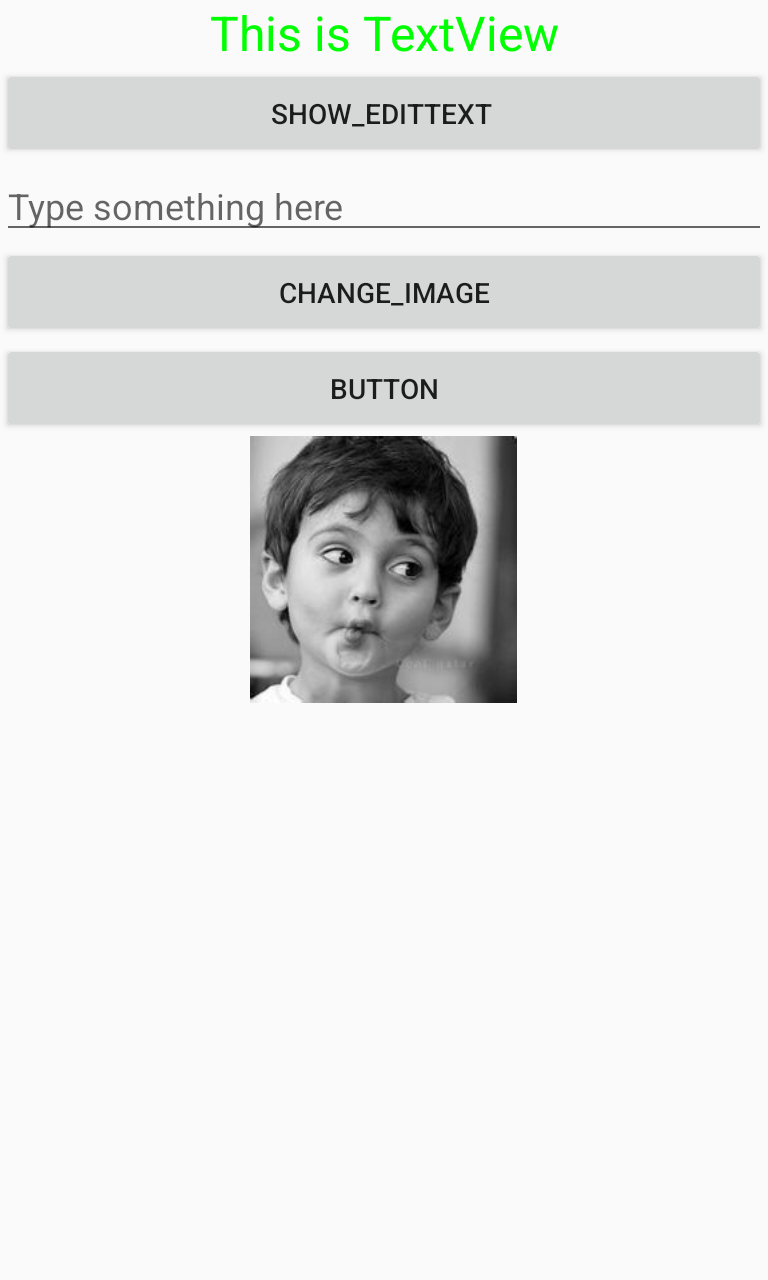
Repository: hohoTT/Android_summarize
Layout: UIWidgeTest/res/layout/activity_main.xml
An editor plug-in stored every save of this project. The layout is shown before and after the next save, followed by the edit.
It is drawn on a 768 x 1280 px phone screen (xhdpi) without system bars, with theme AppTheme; the app's code is not run.

Above is the layout before, as saved 2016-02-23 09:26:41.

After the next save:
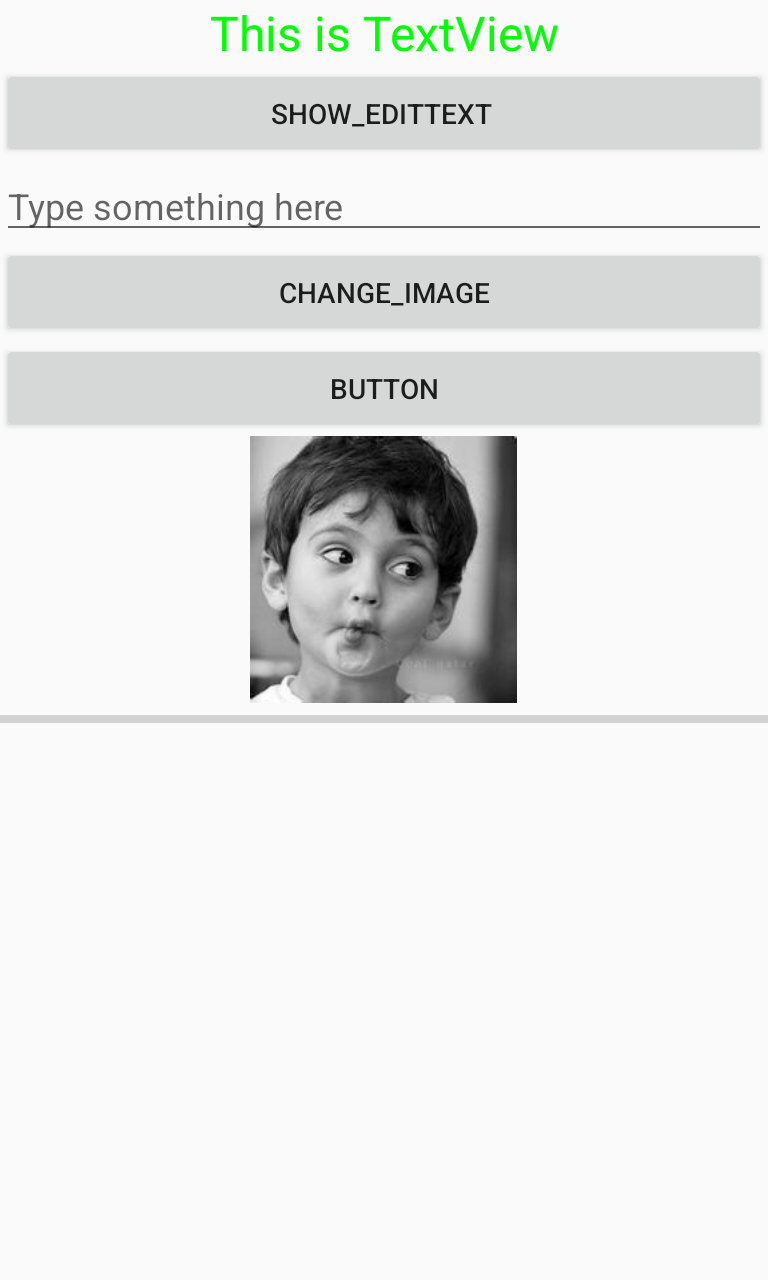
Saved 13 min 9 s later.
--- a/UIWidgeTest/res/layout/activity_main.xml
+++ b/UIWidgeTest/res/layout/activity_main.xml
@@ -47,6 +47,7 @@
     <ProgressBar
         android:id="@+id/progress_bar"
         android:layout_width="match_parent"
-        android:layout_height="wrap_content" />
+        android:layout_height="wrap_content"
+        style="?android:attr/progressBarStyleHorizontal" />
 
 </LinearLayout>
